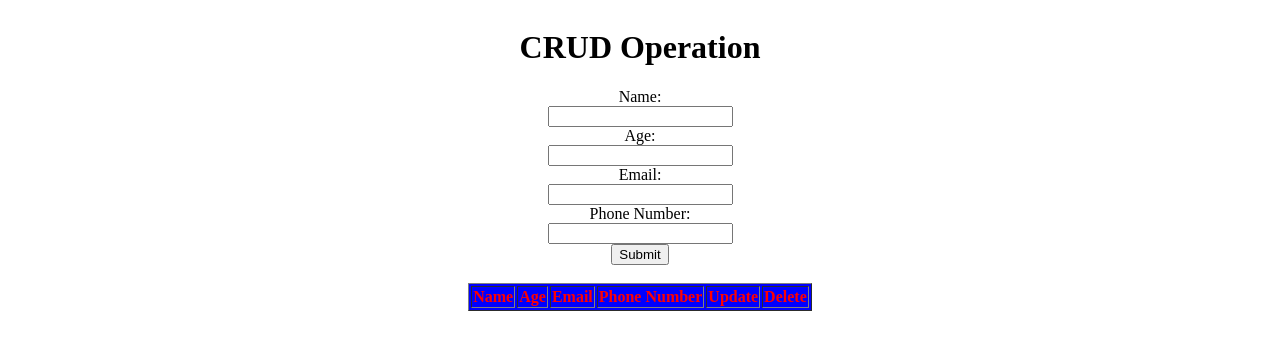
Repository: Josephkennedy603/CRUD-Operation
Page: /
These files come from the project's save history. The page is drawn as it stood at one moment and after the next save; the edit follows.
The browser window is 1280 px wide. The pictures show the whole page.
The page's requests for data from a server got no answer. The project was rebuilt for these pictures with package versions that can differ from the ones it lists, and the page was loaded fresh each time. No one was signed in, and anything a server would have sent is missing. Also part of the build but not shown: src/index.css, src/interview.jsx.

Above is the page before, as saved 2024-03-14 02:00:52.

After the next save:
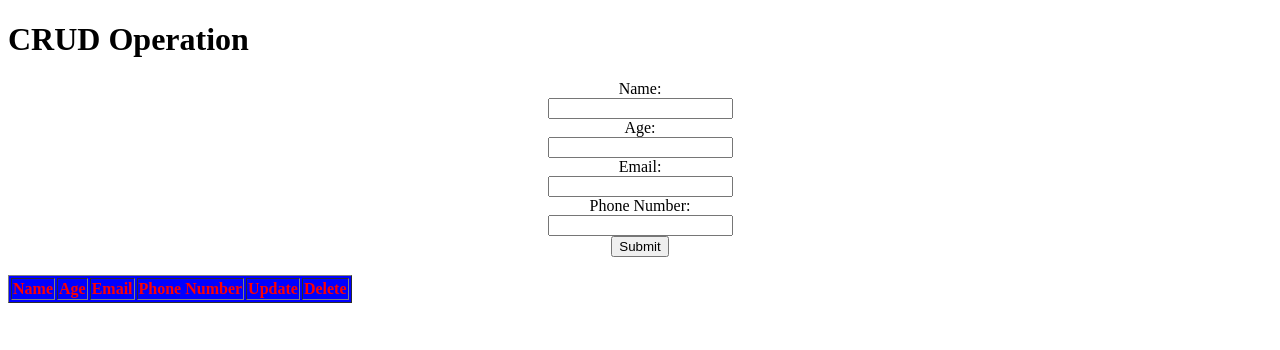
Saved 27 s later.
--- a/src/App.css
+++ b/src/App.css
@@ -1,9 +1,4 @@
 .main-container {
-  display: flex;
-  flex-direction: column;
-  justify-content: center;
-  align-items: center;
-
   /* height: 100vh; */
 }
 

After the save that followed:
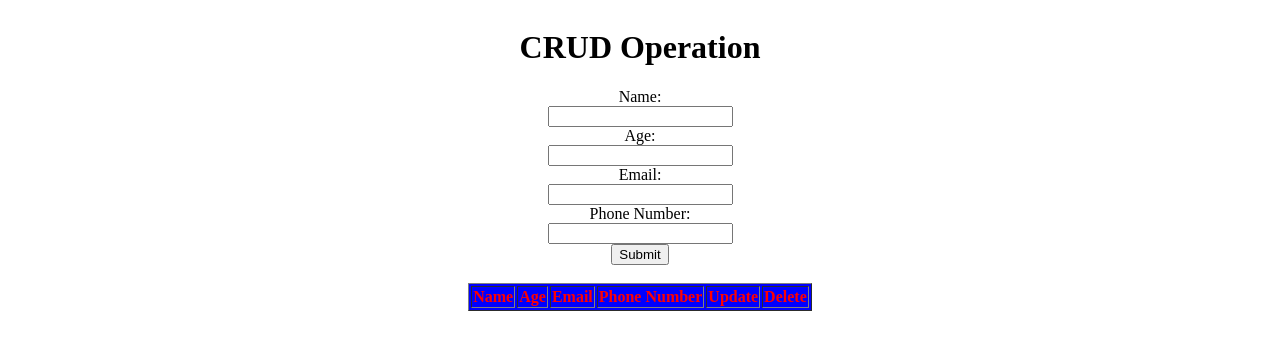
Saved 19 s later.
--- a/src/App.css
+++ b/src/App.css
@@ -1,4 +1,9 @@
 .main-container {
+  display: flex;
+  flex-direction: column;
+  justify-content: center;
+  align-items: center;
+
   /* height: 100vh; */
 }
 
